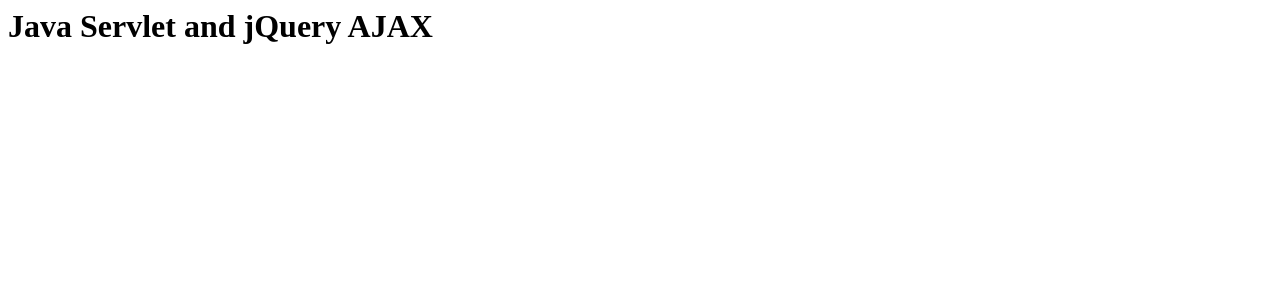
Repository: joliest/MyGits
Page: Java/Project_JIRA/JavaServletAndAJAX/WebContent/AJAXJava.html
An editor plug-in stored every save of this project. The page is shown before and after the next save, followed by the edit.
The browser window is 1280 px wide. The pictures show the whole page.

Above is the page before, as saved 2017-09-07 12:37:34.

### Java/Project_JIRA/JavaServletAndAJAX/WebContent/AJAXJava.html

<html>
	<head>
		<title>Java and jQuery AJAX</title>
		<style>
			#div1 {

			}
		</style>
	</head>
	<body>
		<h1>Java Servlet and jQuery AJAX</h1>
		<div id="div1">

		</div>

	</body>
</html>

After the next save:
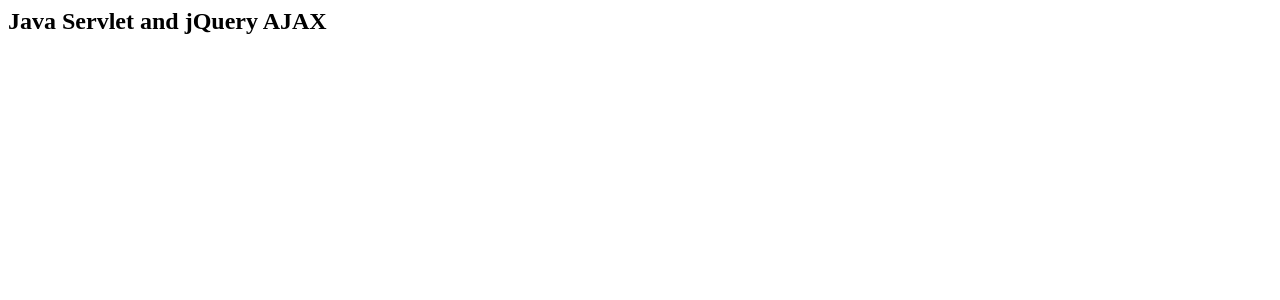
Saved 13 s later.
--- a/Java/Project_JIRA/JavaServletAndAJAX/WebContent/AJAXJava.html
+++ b/Java/Project_JIRA/JavaServletAndAJAX/WebContent/AJAXJava.html
@@ -9,7 +9,7 @@
 		</style>
 	</head>
 	<body>
-		<h1>Java Servlet and jQuery AJAX</h1>
+		<h2>Java Servlet and jQuery AJAX</h2>
 		<div id="div1">
 
 		</div>
